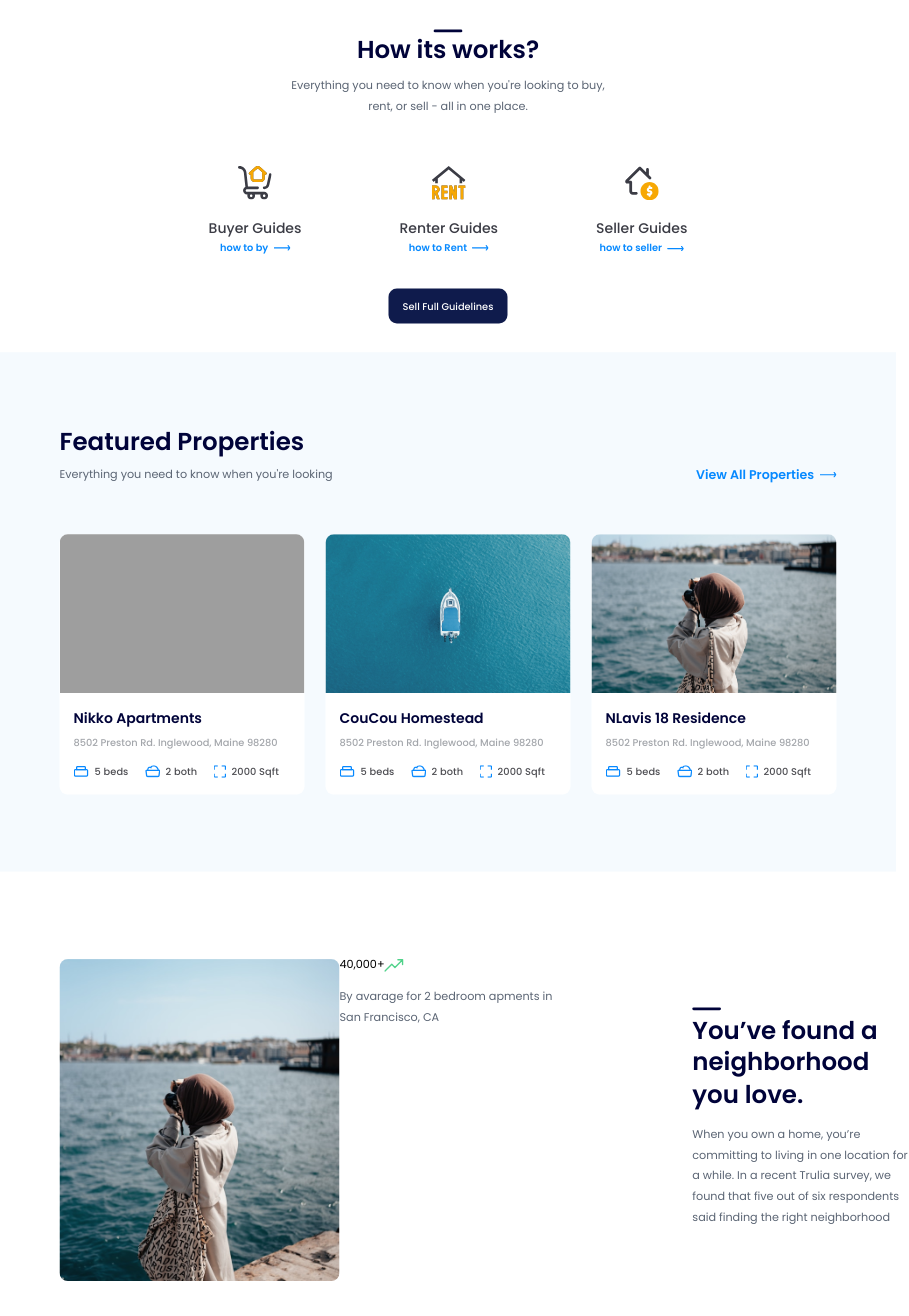
Repository: Kazuto-2004/f8-htmlcss-01
Page: index.html
These files come from the project's save history. The page is drawn as it stood at one moment and after the next save; the edit follows.
The browser window is 1280 px wide. The page is 1298 px wide, then 1295 px, so the pictures cover 1298 px, including what lies to the right of the window. The pictures show the part of the page from y = 1193 to 3073 px (the page is 3073 px tall), at 70% of full size.
Pictures or frames that could not be fetched are drawn as grey boxes.

Above is the page before, as saved 2023-07-15 09:36:19.

After the next save:
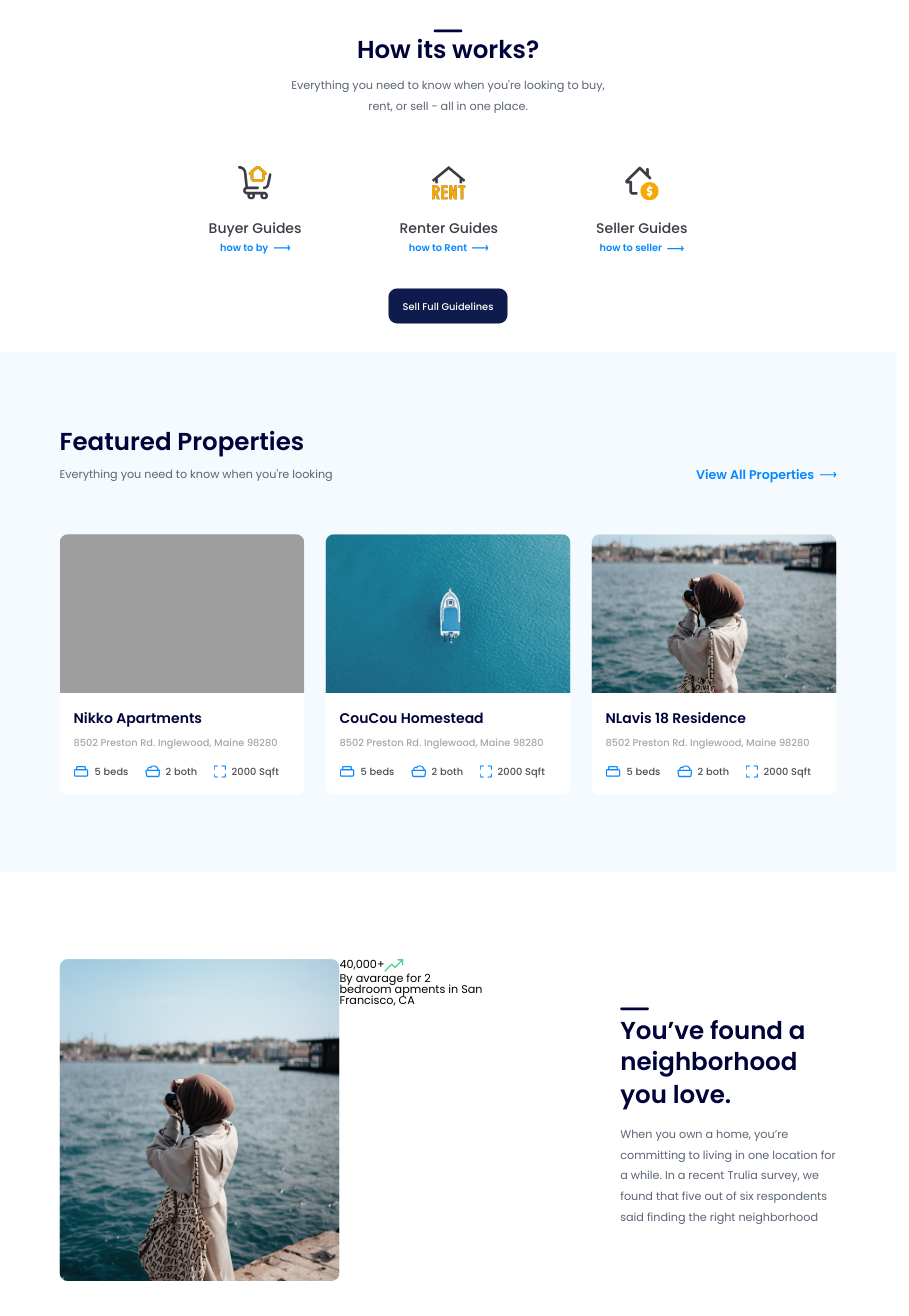
Saved 59 s later.
--- a/assets/css/styles.css
+++ b/assets/css/styles.css
@@ -390,7 +390,7 @@
 background: #000339;
 }
 
-.stats .desc {
+.stats .info .desc {
     margin-top: 20px;
     width: 309px;
     color: #5A6473;
